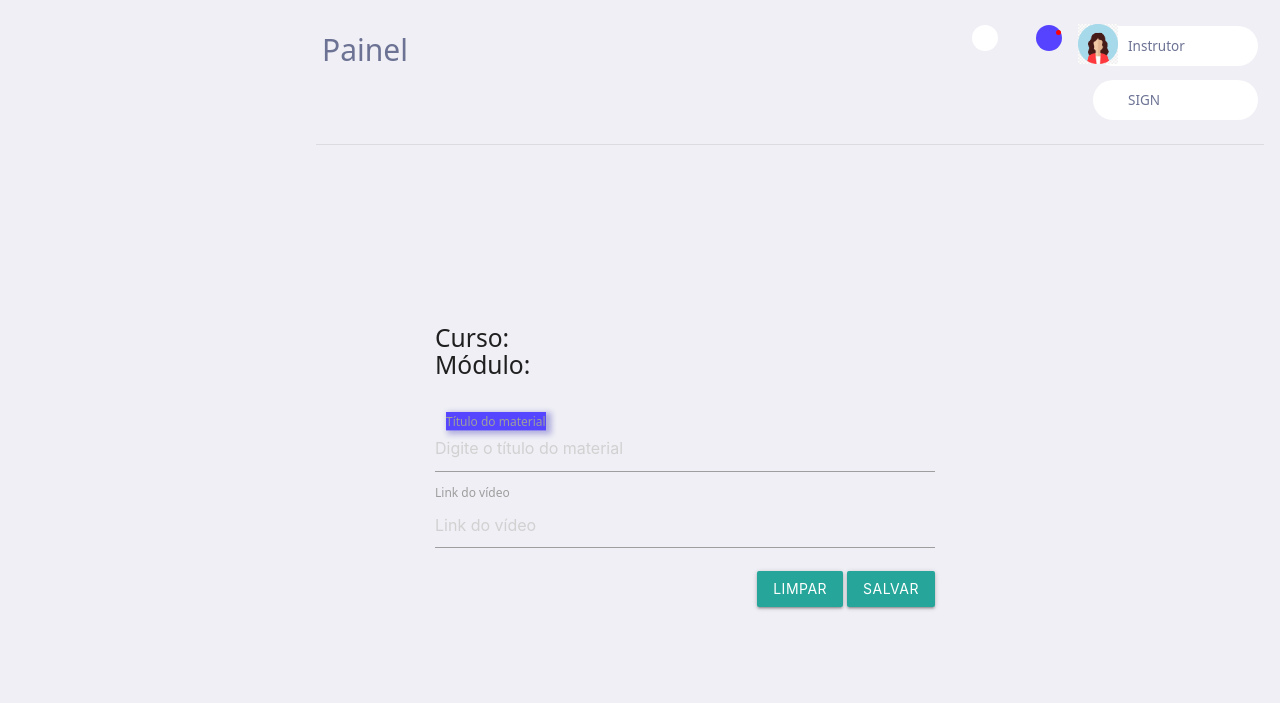
Repository: LauraMViana/Port-plus
Page: http://localhost/portPlus/addVideo
The author's editor kept a copy of each file at every save. The page is drawn from the files as they stood at one save, then again after the next save.
The browser window is 1280 px wide. The pictures show the whole page.
The page is this project's Thymeleaf template; nobody is signed in. The template is opened directly, without the code that normally fills it, so the values that code supplies are empty.

Above is the page before, as saved 2021-12-23 15:10:51.

### port/src/main/resources/templates/portPlus/addVideo.html
<!DOCTYPE html >
<html xmlns:th="http://www.thymeleaf.org">
<head>
<meta charset="UTF-8">
<!-- Compiled and minified CSS -->
<link rel="stylesheet"
	href="https://cdnjs.cloudflare.com/ajax/libs/materialize/1.0.0/css/materialize.min.css">
<link href="https://fonts.googleapis.com/icon?family=Material+Icons"
	rel="stylesheet">
<link rel="stylesheet" href="/Style.css">
<title>PortPlus</title>
</head>
<body>
	<div th:insert="~{menu :: menu}"></div>

	<div class="container right addVideo">
		<h5>
			Curso: <span th:text="${curso.titulo}"></span> <br>Módulo: <span
				th:text="${modulo.tituloMod}"></span>
		</h5>
		<br>
		<form
			th:action="@{/portPlus/criarCurso/{idC}/{idMod} (idC=${curso.id},idMod=${modulo.id})}"
			method="post">
			<div class="input-field col s9">
				<label for="tituloM" class="active">Título do material</label><input
					placeholder="Digite o título do material" id="tituloM" type="text"
					class="validate" th:field="${material.tituloMat}">
				<p th:errors="${material.tituloMat}"></p>
				<div>
					<label for="mv">Link do vídeo</label><input
						placeholder="Link do vídeo" id="mv" type="url" class="validate"
						th:field="${material.video}">
				</div>
			</div>
			<div class="right-align">
				<button class="btn waves-effect waves-light align-center"
					type="reset" name="action">Limpar</button>
				<button class="btn waves-effect waves-light align-center"
					type="submit" name="action">Salvar</button>
			</div>
		</form>
	</div>
</body>
</html>

### port/src/main/resources/templates/menu.html
<!DOCTYPE html >
<html xmlns:th="http://www.thymeleaf.org">
<head>
<meta charset="UTF-8">
<link rel="stylesheet" href="/Style2.css" type="text/css" />
<link rel="stylesheet"
	href="https://cdnjs.cloudflare.com/ajax/libs/font-awesome/4.7.0/css/font-awesome.min.css">
<title>Port+</title>
</head>
<body>
	<div th:fragment="menu">
		<div id="mySidenav" class="sidenav">
			<p class="logo">
				Port+ <span class="menu">&#9776;</span>
			</p>
			<p class="logo1">
				<span class="menu1">&#9776;</span>
			</p>
			<a href="/" class="icon-a"> <i class="fa fa-dashboard icons"></i>
				&nbsp;&nbsp;Painel
			</a> <a href="/" class="icon-a"><i class="fa fa-list icons"></i>
				&nbsp;&nbsp;Menu</a> <a href="#" class="icon-a"><i
				class="fa fa-user icons"></i> &nbsp;&nbsp;Perfil</a> <a
				href="/portPlus/meusCursos" class="icon-a"><i
				class="fa fa-list-alt icons"></i> &nbsp;&nbsp;Submeter curso</a> <a
				href="/portPlus/criarCurso" class="icon-a"><i
				class="fa fa-edit icons"></i> &nbsp;&nbsp;Criar Curso</a>



		</div>
		<div id="main">

			<div class="head">
				<div class="col-div-6">
					<p class="nav">Painel</p>

				</div>

				<div class="col-div-6">
					<i class="fa fa-search search-icon"></i> <i
						class="fa fa-bell noti-icon"></i>
					<div class="notification-div">
						<p class="noti-head">
							Notificações <span>2</span>
						</p>
						<hr class="hr" />
						<p>
							Olá! <span>Os certificados do curso já estão disponíveis </span>
						</p>
						<p>
							Vamos retomar? <span>Notamos que você não acessa a alguns
								dias </span>
						</p>
						<p>
							Bem vindo! <span>O curso no qual você é instrutor está
								disponível para os usuários </span>
						</p>
					</div>
					<div class="profile">

						<img src="/Imagens/usuario.png" class="pro-img" />
						<p>
							Instrutor <i class="fa fa-ellipsis-v dots" aria-hidden="true"></i>
						</p>
						<div class="profile-div">
							<p>
								<a href="#" class="icon-a"><i class="fa fa-user"></i>
									&nbsp;&nbsp;Perfil
							</p>
							</a>
							<p>
								<i class="fa fa-cogs"></i> &nbsp;&nbsp;Configurações
							</p>
							<p>
								<i class="fa fa-power-off"></i> &nbsp;&nbsp;Sair
							</p>
						</div>
						<p>
							SIGN
						</p>
					</div>
				</div>
				<div class="clearfix"></div>
			</div>

			<div class="clearfix"></div>
			<br />
		</div>
	</div>
	<script
		src="https://ajax.googleapis.com/ajax/libs/jquery/3.5.1/jquery.min.js"></script>
	<script>
		$(".menu").click(function() {
			$("#mySidenav").css('width', '70px');
			$("#main").css('margin-left', '70px');
			$(".logo").css('display', 'none');
			$(".logo1").css('display', 'block');
			$(".logo span").css('visibility', 'visible');
			$(".logo span").css('margin-left', '-10px');
			$(".icon-a").css('visibility', 'hidden');
			$(".icon-a").css('height', '25px');
			$(".icons").css('visibility', 'visible');
			$(".icons").css('margin-left', '-8px');
			$(".menu1").css('display', 'block');
			$(".menu").css('display', 'none');
		});

		$(".menu1").click(function() {
			$("#mySidenav").css('width', '300px');
			$("#main").css('margin-left', '300px');
			$(".logo").css('visibility', 'visible');
			$(".logo").css('display', 'block');
			$(".icon-a").css('visibility', 'visible');
			$(".icons").css('visibility', 'visible');
			$(".menu").css('display', 'block');
			$(".menu1").css('display', 'none');
		});
	</script>
	<script>
		$(document).ready(function() {
			$(".profile p").click(function() {
				$(".profile-div").toggle();

			});
			$(".noti-icon").click(function() {
				$(".notification-div").toggle();
			});

		});
	</script>
</body>
</html>

### port/src/main/resources/static/Style.css
/* Laura */
body {
	margin: 0px;
	padding: 0px;
	background-color: #efeff5;
	font-family: system-ui;
}

.clearfix {
	clear: both;
}

.logo {
	margin: 0px;
	margin-left: 28px;
	font-weight: bold;
	color: white;
	margin-bottom: 30px;
}

.sidenav {
	height: 100%;
	width: 300px;
	position: fixed;
	z-index: 1;
	top: 0;
	left: 0;
	background-color: #5643ff;
	overflow: hidden;
	padding-top: 30px;
	transition: ease-in-out 0.3s;
}

.menu {
	float: right;
	margin-right: 20px;
	cursor: pointer;
}

.logo1 {
	margin: 0px;
	margin-left: 20px;
	font-weight: bold;
	color: white;
	margin-bottom: 50px;
	display: none;
	cursor: pointer;
}

.menu1 {
	float: left;
	display: none;
}

.sidenav a {
	padding: 15px 8px 15px 32px;
	text-decoration: none;
	font-size: 20px;
	color: #d8d8d8;
	display: block;
}

.sidenav a:hover {
	color: #f1f1f1;
	background-color: #2c1ed6;
}

.sidenav {
	top: 0;
	right: 25px;
	font-size: 30px;
}

#main {
	padding: 16px;
	margin-left: 300px;
}

.head {
	padding: 0px 6px;
	border-bottom: 1px solid #d6d6d8b8;
	padding-bottom: 10px;
}

.col-div-6 {
	width: 50%;
	float: left;
}

.profile {
	display: inline-block;
	float: right;
	width: 200px;
}

.pro-img {
	float: left;
	width: 40px;
	margin-top: 8px;
	margin-left: 20px;
}

.profile p {
	color: #6c7293;
	font-weight: 500;
	margin-left: 35px;
	margin-top: 10px;
	font-size: 13.5px;
	background-color: white;
	padding: 10px;
	border-radius: 25px;
	padding-left: 35px;
	cursor: pointer;
}

.dots {
	margin-left: 10px;
}

.profile-div {
	background-color: white;
	width: 140px;
	border: 1px solid #ddd;
	padding: 10px 0px;
	right: 2%;
	border-radius: 5px;
	position: absolute;
	z-index: 9;
	display: none;
}

.profile-div:after {
	content: '';
	position: absolute;
	height: 10px;
	width: 10px;
	background-color: white;
	top: -6px;
	border-left: 1px solid #ddd;
	border-top: 1px solid #ddd;
	transform: rotate(45deg);
	right: 10%;
}

.profile-div p {
	margin: 0px;
	padding: 10px 20px;
}

.profile-div p:hover {
	margin: 0px;
	padding: 10px 20px;
	background-color: #5643ff;
	border-radius: 0px;
	color: white;
}

.notification-div {
	background-color: white;
	width: 240px;
	border: 1px solid #ddd;
	padding: 10px 0px;
	right: 16%;
	border-radius: 5px;
	top: 12%;
	position: absolute;
	z-index: 9;
	display: none;
}

.notification-div:after {
	content: '';
	position: absolute;
	height: 10px;
	width: 10px;
	background-color: white;
	top: -6px;
	border-left: 1px solid #ddd;
	border-top: 1px solid #ddd;
	transform: rotate(45deg);
	right: 10%;
}

.noti-head {
	display: block;
	margin: 0px;
	color: #6c7293;
}

.noti-head:hover {
	background-color: white !important;
	color: #6c7293 !important;
}

.noti-head span {
	position: absolute;
	right: 8%;
	top: 10%;
	background-color: #5643ff;
	padding: 1px 5px;
	color: white;
	border-radius: 20px;
}

.hr {
	margin: 0px;
	border: none;
	background-color: #ddd;
	height: 1px;
}

.notification-div p {
	margin: 0px;
	padding: 10px 20px;
	color: #6c7293;
}

.notification-div p span {
	font-size: 11px;
	display: block;
}

.notification-div p:hover {
	margin: 0px;
	padding: 10px 20px;
	background-color: #5643ff;
	border-radius: 0px;
	color: white;
}

.search-icon {
	position: absolute;
	right: 22%;
	top: 25px;
	background-color: white;
	padding: 13px;
	border-radius: 21px;
	color: #6c7293;
	cursor: pointer;
}

.noti-icon {
	position: absolute;
	right: 17%;
	top: 25px;
	background-color: #5643ff;
	padding: 13px;
	border-radius: 21px;
	color: #fff;
	cursor: pointer;
}

.noti-icon:after {
	content: '';
	height: 5px;
	width: 5px;
	border-radius: 5px;
	top: 5px;
	left: 20px;
	position: absolute;
	background-color: red;
}

.col-div-4-1 {
	width: 33.3%;
	float: left;
}

.box {
	width: 88%;
	height: 480px;
	background-color: #ffffff;
	margin-left: 10px;
	padding: 10px;
	box-shadow: 2px 5px 10px #ddd;
	position: relative;
}

.box p {
	color: #6c7293;
	font-weight: 500;
	padding-left: 10px;
}

.number {
	font-size: 35px;
	margin-bottom: 0px;
	margin-top: 20px;
}

.percent {
	margin: 0px;
	font-size: 14px;
	color: #37bf37 !important;
}

.percent span {
	font-size: 12px;
	color: #9398b1;
	padding-left: 3px;
}

.head-1 {
	font-size: 18px !important;
	margin: 10px 0px;
	color: #6c7293;
}

.head-1 span {
	float: right;
	background-color: #5643ff;
	color: white;
	padding: 3px 10px;
	font-size: 15px;
}

.box-icon {
	font-size: 20px !important;
	margin-top: 35px !important;
	color: #5643ff;
	padding-right: 10px;
	background-color: #efeff5;
	padding: 15px;
	border-radius: 25px;
	position: absolute;
	right: 16px;
	top: -18px;
}

.box-1 {
	width: 88%;
	height: 282px;
	background-color: #ffffff;
	margin-left: 10px;
	padding: 10px;
	box-shadow: 2px 5px 10px #ddd;
	position: relative;
}

.m-box {
	color: #6c7293;
	position: relative;
	padding: 0px 12px;
}

.active {
	background-color: #5646ff;
	color: white;
	box-shadow: 4px 3px 7px 3px #3226ad54;
}

.active .no-1 {
	color: #ddd !important;
}

.m-box p {
	display: inline-block;
	margin: 10px 0px;
}

.no {
	position: absolute !important;
	top: 21px;
	right: 15px;
	font-weight: 500;
}

.no-1 {
	font-size: 12px;
	color: #9398b1;
}

.act-p {
	font-size: 13px;
	color: #6c7293;
}

.act-p .fa {
	color: orange !important;
}

.content-box-1 {
	padding: 0px 10px;
}

.col-div-12 {
	width: 100%;
}

.col-div-4 {
	width: 30%;
	float: left;
}

.content-box {
	padding: 20px;
}

.content-box p {
	margin: 0px;
	font-size: 20px;
	color: #6c7293;
}

.content-box p span {
	float: right;
	background-color: #5643ff;
	color: white;
	padding: 3px 10px;
	font-size: 15px;
}

.box-8 {
	width: 97.8%;
	background-color: #fff;
	height: 330px;
}

.nav {
	font-size: 30px;
	cursor: pointer;
	color: #6c7293;
	margin: 11px 0px;
}

.box-8 {
	margin-left: 10px;
}

td, th {
	border: 1px solid #dddddd;
	text-align: left;
	padding: 10px;
}

tr:nth-child(even) {
	background-color: #5643ff29;
	color: #6c7293 !important;
}

.circle-wrap {
	margin: 50px auto;
	width: 150px;
	height: 150px;
	background: #e6e2e7;
	border-radius: 50%;
}

.circle-wrap .circle .mask, .circle-wrap .circle .fill {
	width: 150px;
	height: 150px;
	position: absolute;
	border-radius: 50%;
}

.circle-wrap .circle .mask {
	clip: rect(0px, 150px, 150px, 75px);
}

.circle-wrap .circle .mask .fill {
	clip: rect(0px, 75px, 150px, 0px);
	background-color: #5646ff;
}

.circle-wrap .circle .mask.full, .circle-wrap .circle .fill {
	animation: fill ease-in-out 3s;
	transform: rotate(126deg);
}

@keyframes fill {
  0% {
    transform: rotate(0deg);
  }
  100% {
    transform: rotate(126deg);
  }
}
.circle-wrap .inside-circle {
	width: 130px;
	height: 130px;
	border-radius: 50%;
	background: #fff;
	line-height: 130px;
	text-align: center;
	margin-top: 10px;
	margin-left: 10px;
	position: absolute;
	z-index: 100;
	font-weight: 700;
	font-size: 2em;
	color: #6c7293;
}

/* Thais */
p {
	text-align: justify;
	word-break: keep-all;
}

span {
	color: black;
}

/* botao da foto "criarCurso.html" */
div.btn {
	padding: 0px 0px 0px 0px;
	height: 101px;
	width: 146px;
}

/* Barra de navegação*/
.brand-logo {
	text-align: center;
	text-decoration: strong;
	margin-top: 50px;
}

.sidenav.sidenav-fixed {
	background-color: #1565c0;
}

.sidenav li>a {
	color: white;
}

.sidenav li>a>i.material-icons {
	color: white;
}

.card-panel {
	padding: 0px;
	height: 64px;
	width: 240px;
	border-top-left-radius: 30px;
	border-bottom-left-radius: 30px;
}

/* Pagina dos modulos */
div.row {
	margin-right: 84px;
}

div.card.small {
	height: 250px;
}

span.card-title {
	text-align: center;
}

/* Pag apresentação Material */
aside {
	width: 260px;
	float: right;
	margin-right: 20px;
	border: 1px solid black;
}

div.conteudo {
	width: 650px;
	float: left;
	height: 365px;
}

div.card.lista {
	background-color: #1565C0;
	width: 258px;
	margin-top: 0px;
	height: 50px;
	text-align: center;
	padding: 5px 0px 5px 0px;
	margin: 0px;
}

div.lista li {
	padding-top: 15px;
	padding-right: 15px;
	text-align: justify;
}

div.lista ul {
	margin-left: 15px;
	margin-top: 0px;
}

/* Add material  */
div.addConteudo {
	width: 500px;
	margin: 25px 345px 0px 0px;
}

textarea {
	height: 300px;
}

div.addVideo {
	width: 500px;
	margin: 125px 345px 0px 0px;
}

/* criar modulo */
.col.s5 {
	padding: 0px;
}

.col.s12.md {
	padding: 0px;
}

.modal.modal-fixed-footer {
	height: 40%;
	width: 40%;
}

.modal .modal-content {
	padding: 65px 24px 24px 75px;
}

/* meus cursos */
.card-title.meuscursos {
	font-size: medium;
	text-align: center;
}

After the next save:
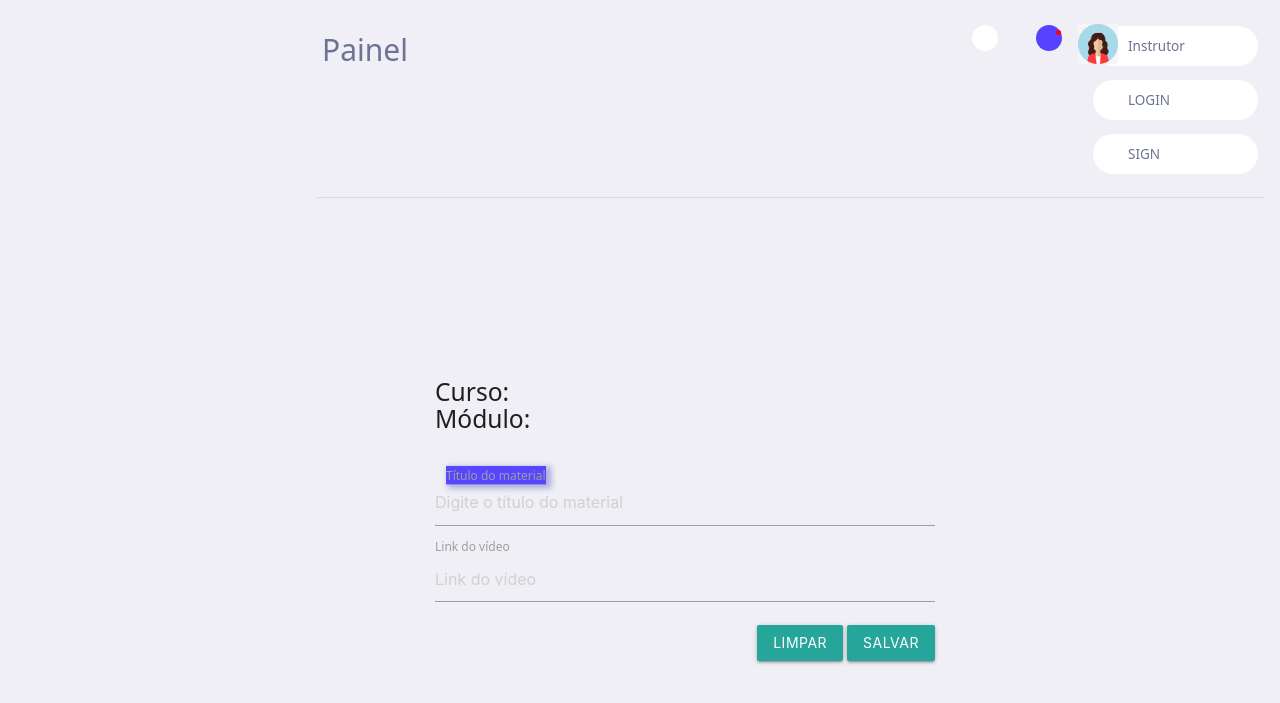
Saved 16 s later.
--- a/port/src/main/resources/templates/menu.html
+++ b/port/src/main/resources/templates/menu.html
@@ -77,6 +77,9 @@
 							</p>
 						</div>
 						<p>
+							LOGIN
+						</p>
+						<p>
 							SIGN
 						</p>
 					</div>
